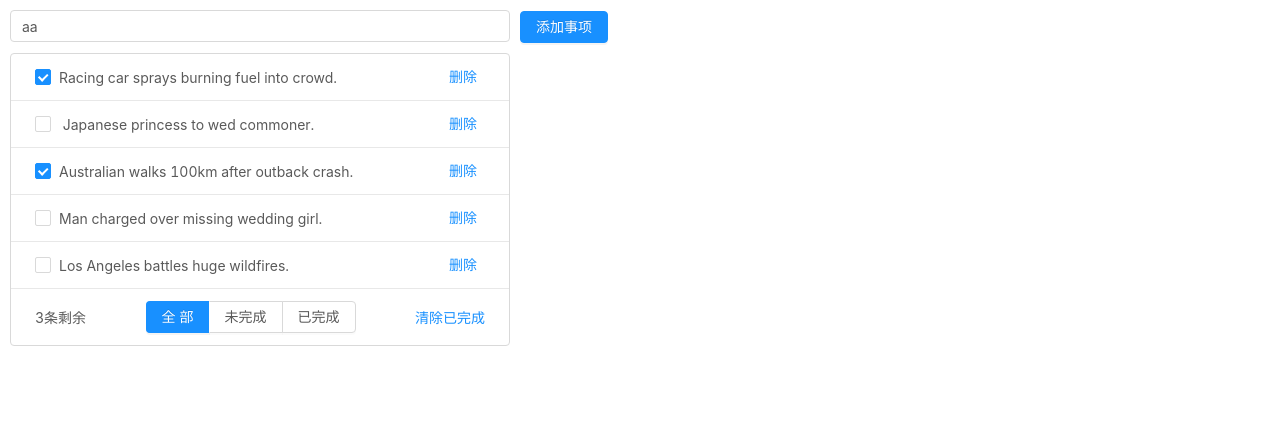
Repository: hnwj/todo
Page: /
The author's editor kept a copy of each file at every save. The page is drawn from the files as they stood at one save, then again after the next save.
The browser window is 1280 px wide. The pictures show the whole page.
The project was rebuilt for these pictures with package versions that can differ from the ones it lists, and the page was loaded fresh each time. Also part of the build but not shown: vue.config.js.

Above is the page before, as saved 2022-10-11 20:27:56.

### src/main.js
import Vue from 'vue'
import App from './App.vue'
import store from './store'
import axios from 'axios'

// 1、导入ant-design-vue 组件库
import Antd from 'ant-design-vue'

// 2、导入组件库的样式表
import 'ant-design-vue/dist/antd.css'

Vue.config.productionTip = false
// 3、安装组件库
Vue.use(Antd)

new Vue({
  store,
  axios,
  render: h => h(App)
}).$mount('#app')

### src/App.vue
<template>
  <div id="app">
    <a-input placeholder="请输入任务" class="my_ipt" :value="inputValue" @change="handleInputChange"/>
    <a-button type="primary" @click="addItemTodo">添加事项</a-button>

    <a-list bordered :dataSource="list" class="dt_list">
      <a-list-item slot="renderItem" slot-scope="item">
        <!-- 复选框 -->
        <a-checkbox :checked="item.done" @change="(e)=>{cbStatusChanged(e,item.id)}">{{ item.info }}</a-checkbox>
        <!-- 删除链接 -->
        <a slot="actions" @click="removeItem(item.id)">删除</a>
      </a-list-item>

      <!-- footer区域 -->
      <div class="footer" slot="footer">
        <span>{{unDoneLength}}条剩余</span>
        <a-button-group>
          <a-button :type="viewKey ==='all' ? 'primary':'default' " @click="changeList('all')">全部</a-button>
          <a-button type="default"  @click="changeList('undone')">未完成</a-button>
          <a-button type="default"  @click="changeList('done')">已完成</a-button>
        </a-button-group>
        <a @click="clear">清除已完成</a>
      </div>
    </a-list>
  </div>
</template>
<script>
import { mapState, mapGetters } from 'vuex'
export default {
  name: 'app',
  data () {
    return {

    }
  },
  created () {
    this.$store.dispatch('getList')
  },
  computed: {
    ...mapState(['list', 'inputValue', 'viewKey']),
    ...mapGetters(['unDoneLength'])
  },
  methods: {
    handleInputChange (e) {
      console.log(e.target.value)
      this.$store.commit('setInputValue', e.target.value)
    },
    // 添加事项
    addItemTodo () {
      if (this.inputValue.trim().length <= 0) {
        return this.$message.warning('输入不能为空！')
      }
      this.$store.commit('addItem')
    },
    // 按照id,删除事项
    removeItem (id) {
      this.$store.commit('removeItem', id)
    },
    // 修改选中的状态
    cbStatusChanged (e, id) {
      console.log(e.target.checked)
      console.log(id)
      const params = {
        id: id,
        status: e.target.checked
      }
      this.$store.commit('changeStatus', params)
    },
    //  clear所有完成的事项
    clear () {
      this.$store.commit('clearDone')
    },
    // 修改高亮效果
    changeList (key) {
      this.$store.commit('changeViewKey', key)
    }
  }
}
</script>
<style scoped>
#app {
  padding: 10px;
}
.my_ipt {
  width: 500px;
  margin-right: 10px;
}
.dt_list {
  width: 500px;
  margin-top: 10px;
}
.footer {
  display: flex;
  justify-content: space-between;
  align-items: center;
}
</style>

### src/store/index.js
import axios from 'axios'
import Vue from 'vue'
import Vuex from 'vuex'

Vue.use(Vuex)

export default new Vuex.Store({
  state: {
    // 所有的任务列表
    list: [],
    // 文本框的内容
    inputValue: 'aa',
    // 下一个事项id
    nextId: 5,
    // 高亮key值
    viewKey: 'all'
  },
  mutations: {
    initList (state, list) {
      state.list = list
    },
    // 为store中的inputValue赋值
    setInputValue (state, val) {
      state.inputValue = val
    },
    // 添加事项
    addItem (state) {
      const obj = {
        id: state.nextId,
        info: state.inputValue.trim(),
        done: false
      }
      state.list.push(obj)
      state.nextId++
      state.inputValue = ''
    },
    // 更具id，删除事项
    removeItem (state, id) {
      // 查id
      const i = state.list.findIndex(x => x.id === id)
      // 根据索引，删除对应的事项
      if (i !== -1) {
        state.list.splice(i, 1)
      }
    },
    // 修改事项的status
    changeStatus (state, params) {
      const i = state.list.findIndex((x) => x.id === params.id)
      if (i !== -1) {
        state.list[i].done = params.status
      }
    },
    // 清除所有完成的事项
    clearDone (state) {
      state.list = state.list.filter(x => x.done === false)
    },
    // 高亮效果切换
    changeViewKey (state, key) {
      state.viewKey = key
    }

  },
  actions: {
    getList (context) {
      axios.get('/list.json').then(({ data }) => {
        console.log(data)
        context.commit('initList', data)
      })
    }
  },
  modules: {
  },
  getters: {
    // 统计未完成的事项
    unDoneLength (state) {
      return state.list.filter(x => x.done === false).length
    }
  }
})

### public/list.json
[{
  "id": 0,
  "info": "Racing car sprays burning fuel into crowd.",
  "done": true
},
{
  "id": 1,
  "info": " Japanese princess to wed commoner.",
  "done": false
},
{
  "id": 2,
  "info": "Australian walks 100km after outback crash.",
  "done": true
},
{
  "id": 3,
  "info": "Man charged over missing wedding girl.",
  "done": false
},
{
  "id": 4,
  "info": "Los Angeles battles huge wildfires.",
  "done": false
}]

Loaded but not shown: public/index.html (common file)

After the next save:
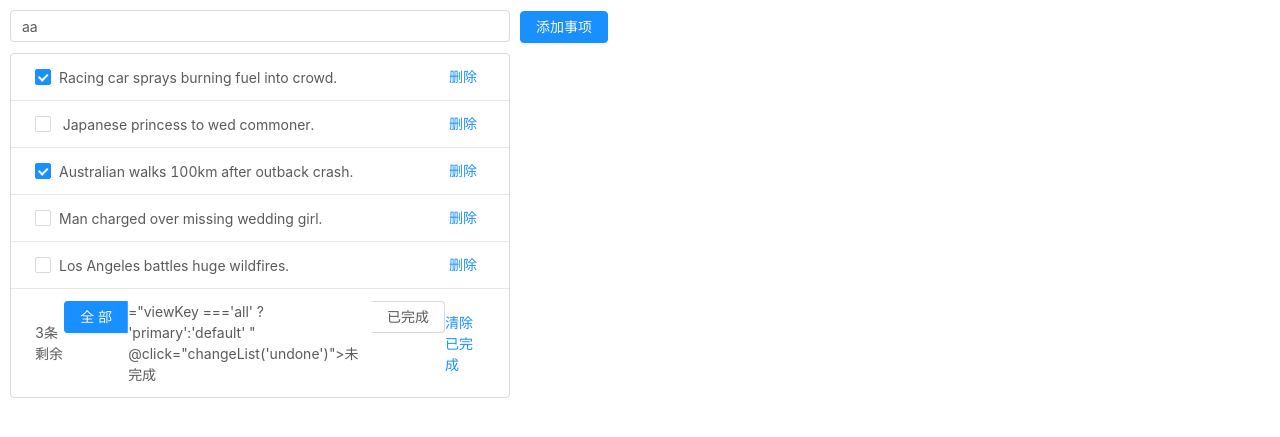
Saved 9 s later.
--- a/src/App.vue
+++ b/src/App.vue
@@ -16,7 +16,7 @@
         <span>{{unDoneLength}}条剩余</span>
         <a-button-group>
           <a-button :type="viewKey ==='all' ? 'primary':'default' " @click="changeList('all')">全部</a-button>
-          <a-button type="default"  @click="changeList('undone')">未完成</a-button>
+          <a-button:type="viewKey ==='all' ? 'primary':'default' "  @click="changeList('undone')">未完成</a-button:type=>
           <a-button type="default"  @click="changeList('done')">已完成</a-button>
         </a-button-group>
         <a @click="clear">清除已完成</a>
